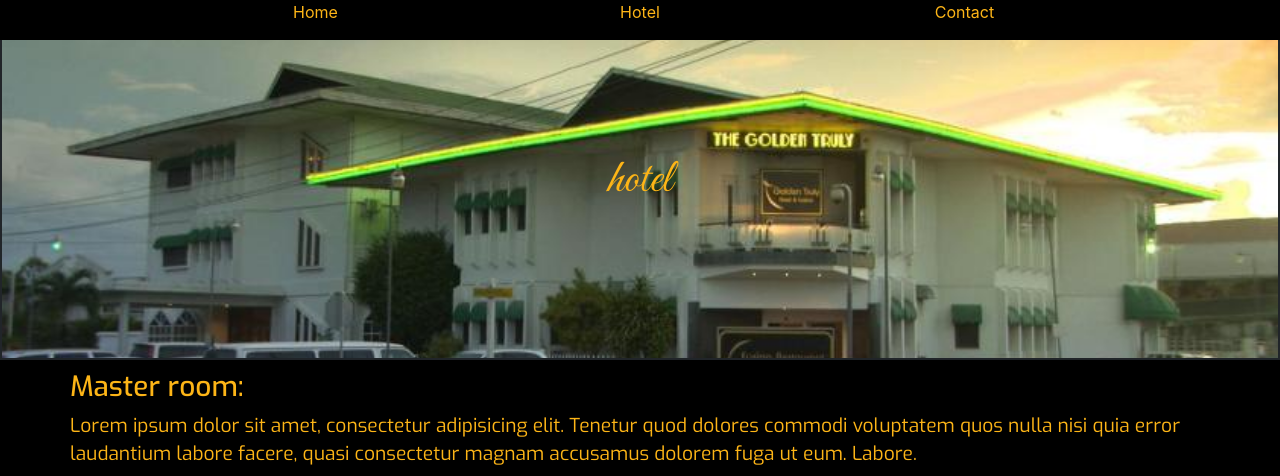
Repository: Code-Institute-Submissions/anthonycaf-Milestone1
Page: hotel.html
The author's editor kept a record of every edit. The page is drawn from the files as they stood at one moment, then again after the next edit.
The browser window is 1280 px wide. The pictures show the part of the page from y = 0 to 476 px (the page is 1086 px tall before and 1076 px after).
Pictures or frames that could not be fetched are drawn as grey boxes.

Above is the page before.

After the next edit:
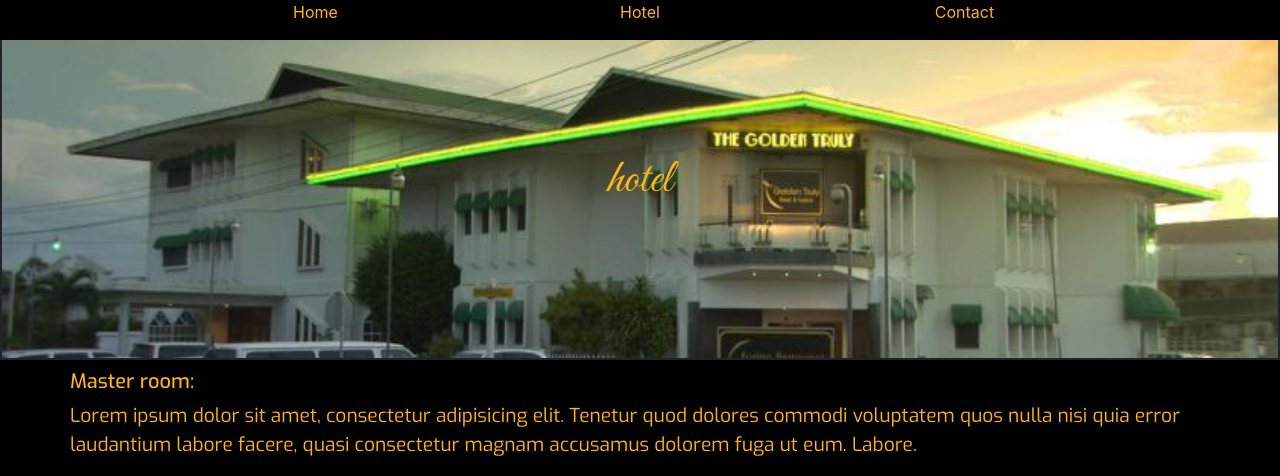
The edit:
--- a/hotel.html
+++ b/hotel.html
@@ -28,7 +28,7 @@
         <main>
        <div class="container">
            <div class="row now gutters">
-               <h3 class="uppercase text-center">Master room:</h3>
+               <h5 class="uppercase text-center">Master room:</h5>
                <p>Lorem ipsum dolor sit amet, consectetur adipisicing elit. Tenetur quod dolores commodi voluptatem quos nulla nisi quia error laudantium labore facere, quasi consectetur magnam accusamus dolorem fuga ut eum. Labore.</p>
                <div class="col-4 "><a href="index.html" class="box-image1"></a></div>
                 <div class="col-4 "><a href="hotel.html" class="box-image2"></a></div>
